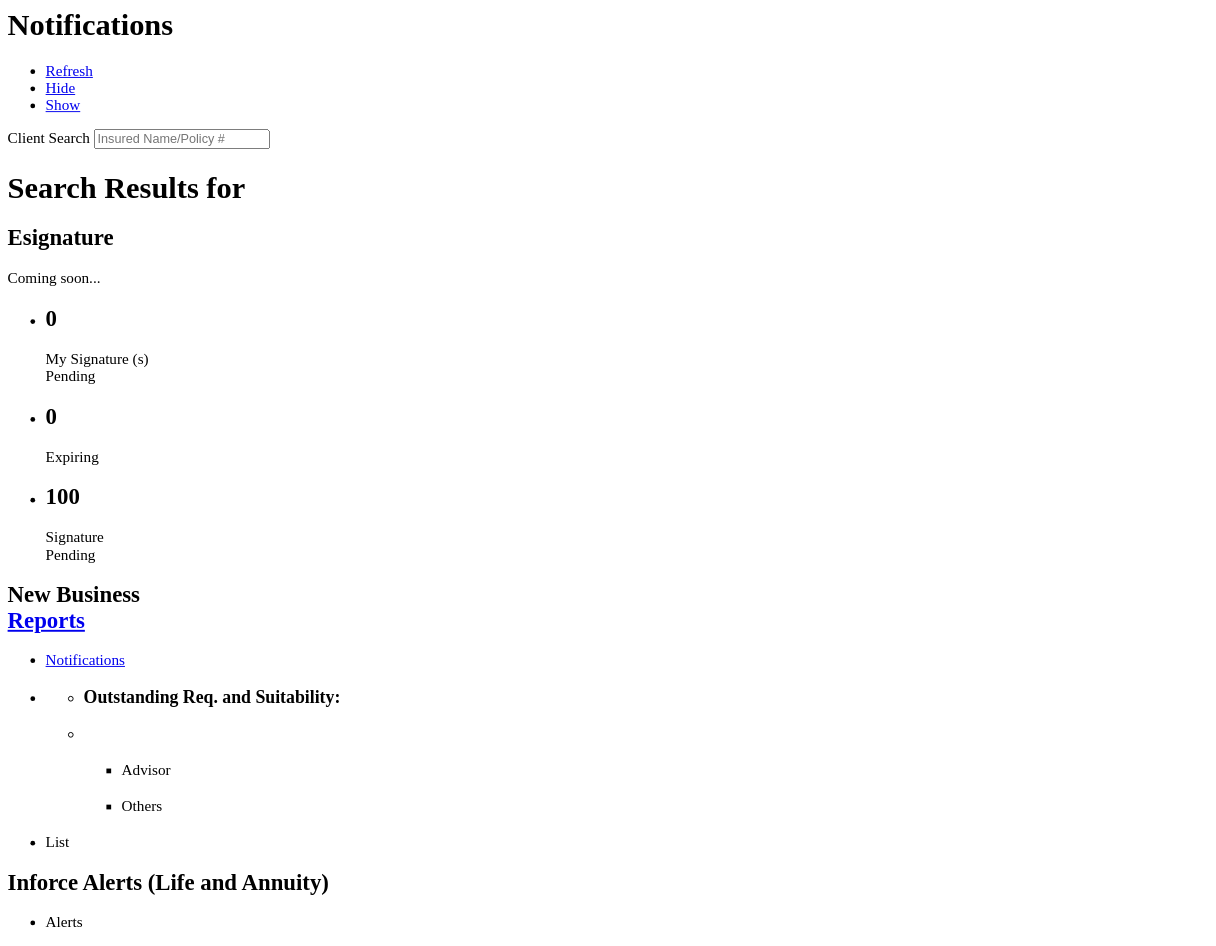
Repository: thakurvishal1990/angular_demo
Page: partials/dashboard.html
The author's editor kept a record of every edit. The page is drawn from the files as they stood at one moment, then again after the next edit.
The browser window is 1280 px wide. The pictures show the whole page, at 95% of full size.

Above is the page before.

After the next edit:
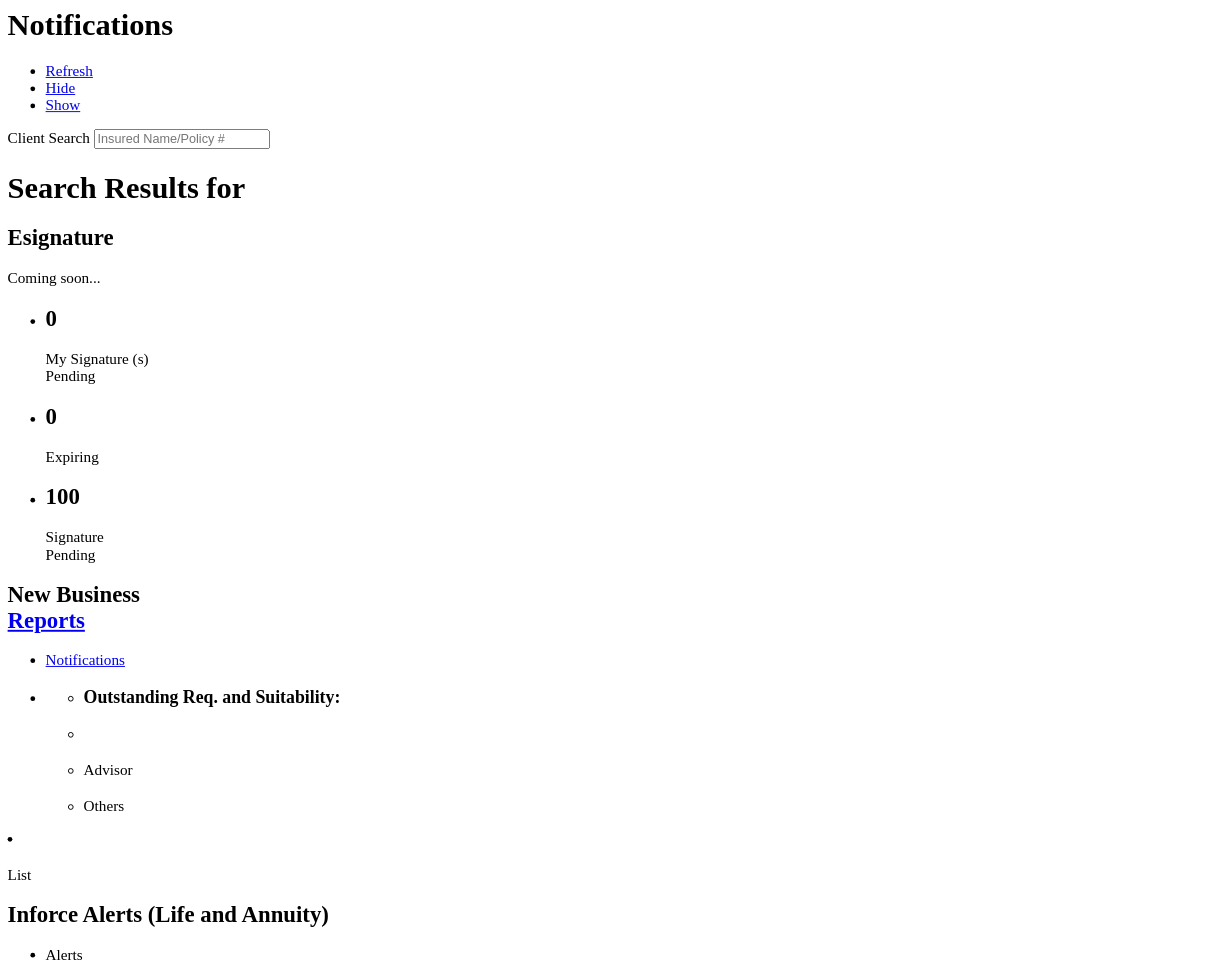
The edit:
--- a/partials/dashboard.html
+++ b/partials/dashboard.html
@@ -110,7 +110,7 @@
 
 												</li>
 												<li class="outstanding-req-list-content-wrapper">
-													<ul class="outstanding-req-list-content clearfix list-unstyled">
+													<div class="outstanding-req-list-content clearfix">
 
 														<li class="dashboard-advisor bord-bot-gry clearfix">
 															<div class="dashboard-advisor-count-wrapper">
